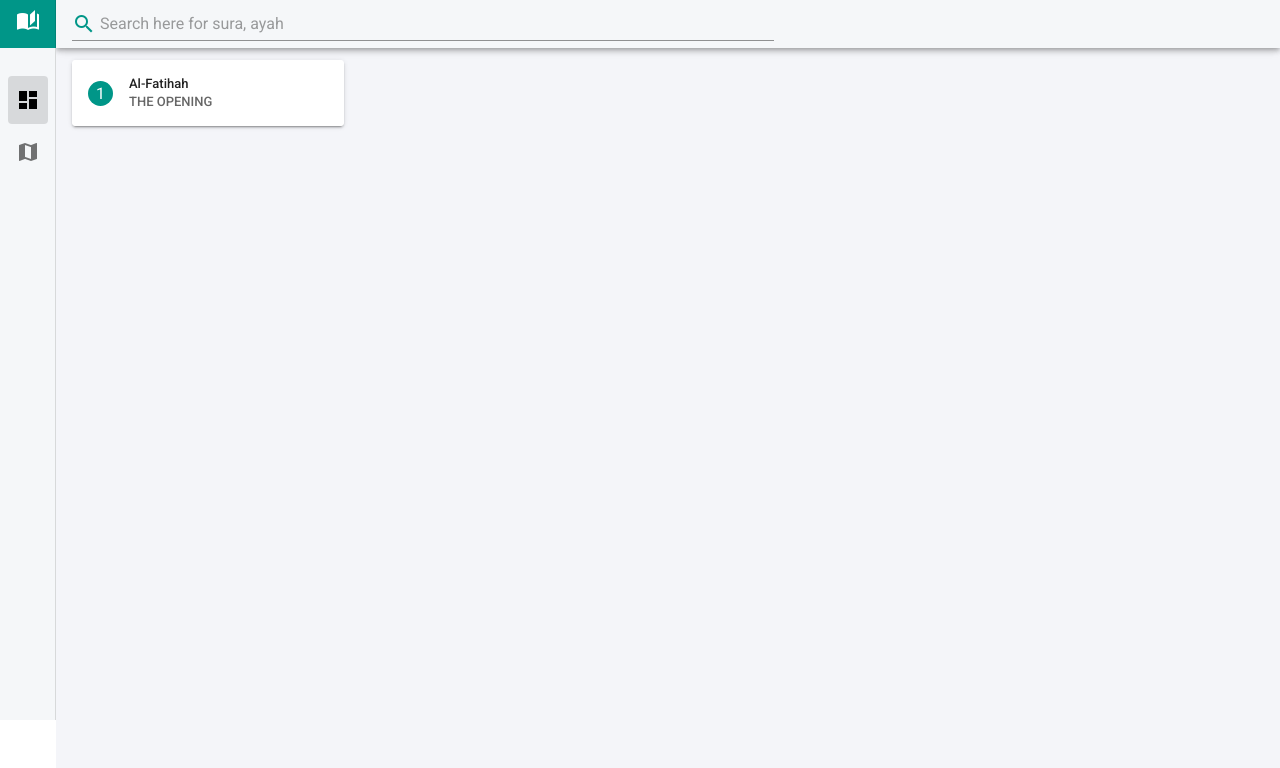
Repository: umarrg/islamiyya
Page: /
An editor plug-in stored every save of this project. The page is shown before and after a run of saves, followed by the edit.
The browser window is 1280 px wide. The pictures show the whole page.
The project was rebuilt for these pictures with package versions that can differ from the ones it lists, and the page was loaded fresh each time. Also part of the build but not shown: vue.config.js.

Above is the page before, as saved 2021-06-16 15:28:31.

After the next 4 saves:
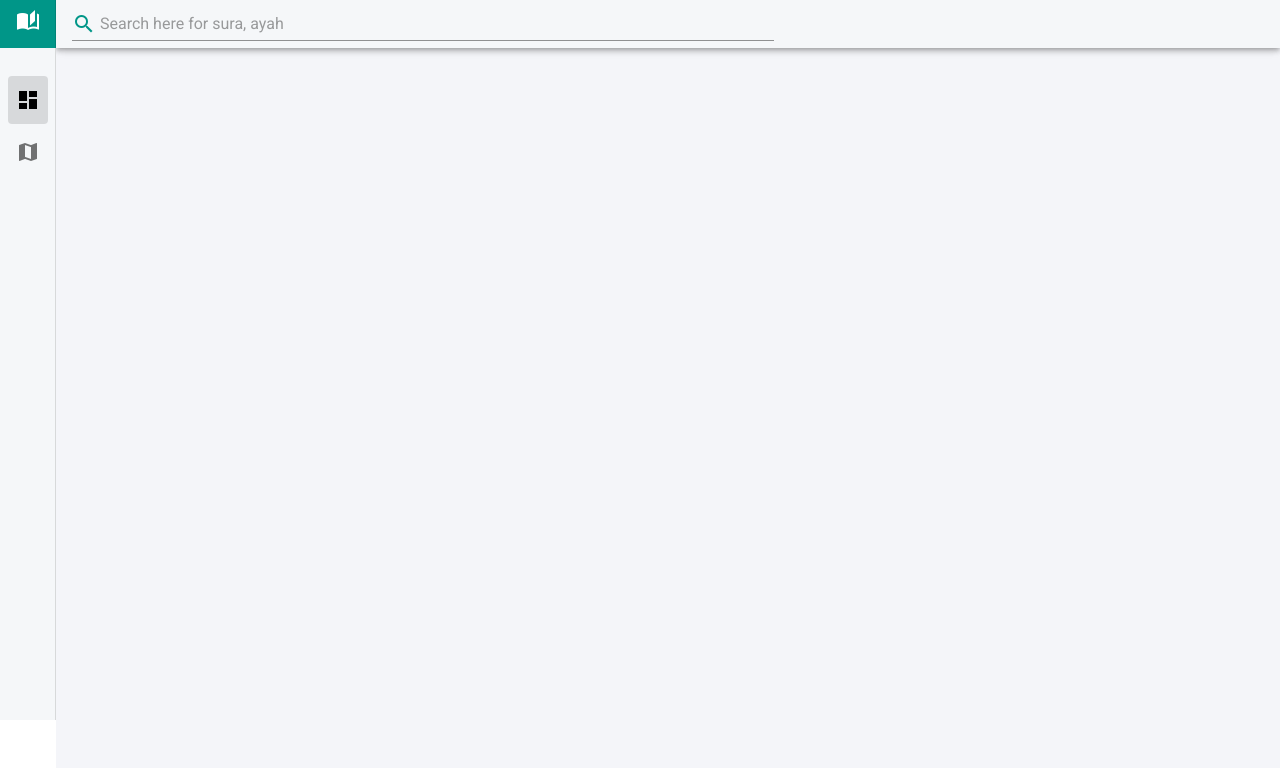
The 4 saves are shown as one change because they came seconds apart.
The last was saved 11 s later.
--- a/src/views/Home.vue
+++ b/src/views/Home.vue
@@ -2,7 +2,7 @@
   <v-app class="custom__bg">
     <v-container class="mx-1">
       <v-row>
-        <v-col cols="3" v-for="">
+        <v-col cols="3" v-for="item in quran" key="">
           <v-card>
             <v-list dense>
               <v-list-item>
